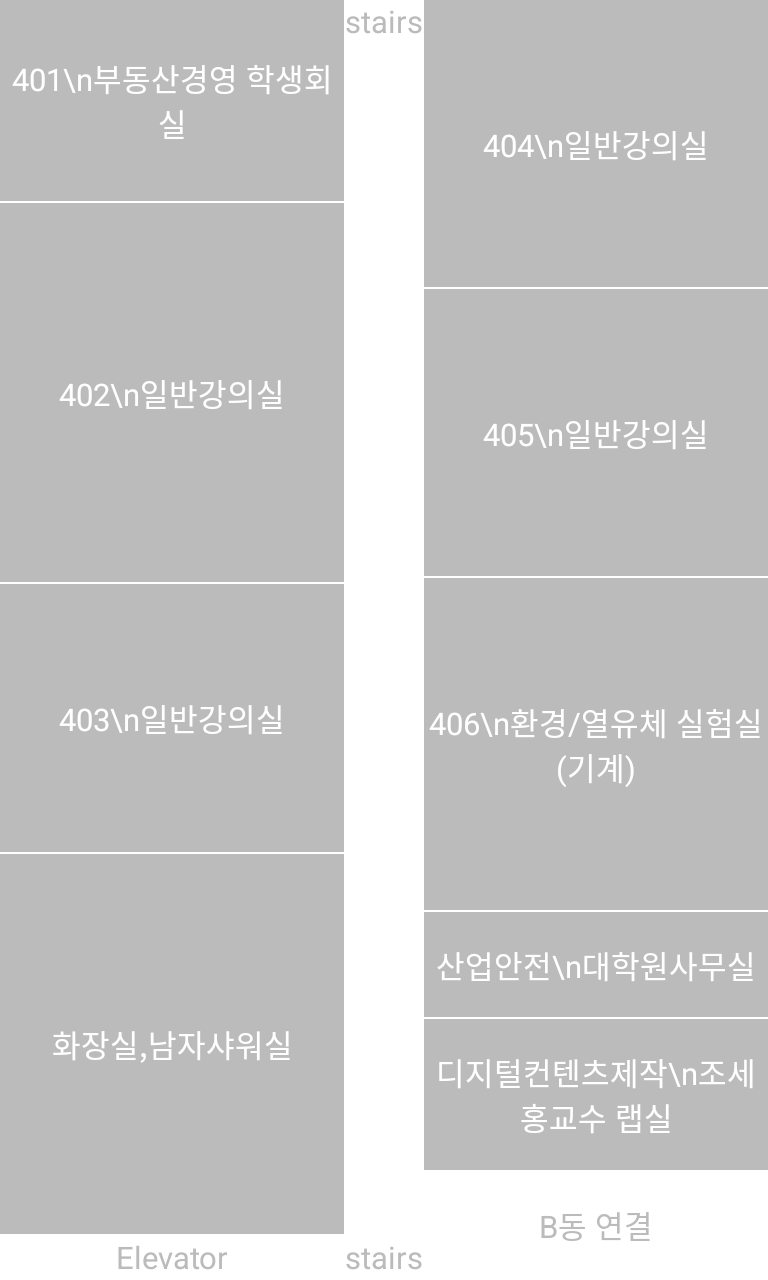
Repository: Choi-HyunWoo/Baddest
Layout: hansung.campusmap/res/layout/campus_gonghaka4.xml
These files come from the project's save history. The layout is drawn as it stood at one moment and after the next save; the edit follows.
It is drawn on a 768 x 1280 px phone screen (xhdpi) without system bars, with theme android:Theme.Light.NoTitleBar; the app's code is not run.

Above is the layout before, as saved 2014-05-29 22:37:55.

After the next save:
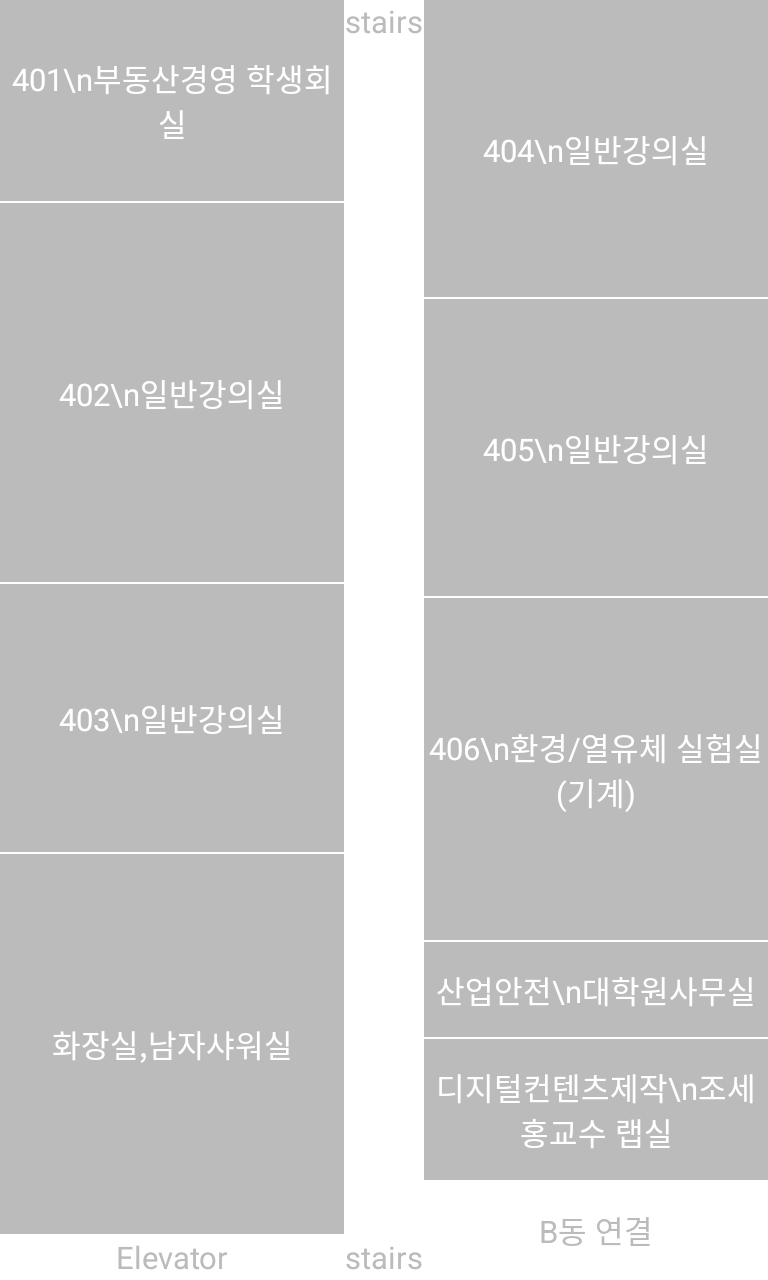
Saved 29 s later.
--- a/hansung.campusmap/res/layout/campus_gonghaka4.xml
+++ b/hansung.campusmap/res/layout/campus_gonghaka4.xml
@@ -60,15 +60,15 @@
 
         <Button
             android:text="404\n일반강의실"
-            android:layout_weight="4"
+            android:layout_weight="5"
             style="@style/RoomButton" />
         <Button
             android:text="405\n일반강의실"
-            android:layout_weight="4"
+            android:layout_weight="5"
             style="@style/RoomButton" />
         <Button
             android:text="406\n환경/열유체 실험실(기계)"
-            android:layout_weight="4"
+            android:layout_weight="5"
             style="@style/RoomButton" />
         <Button
             android:text="산업안전\n대학원사무실"
